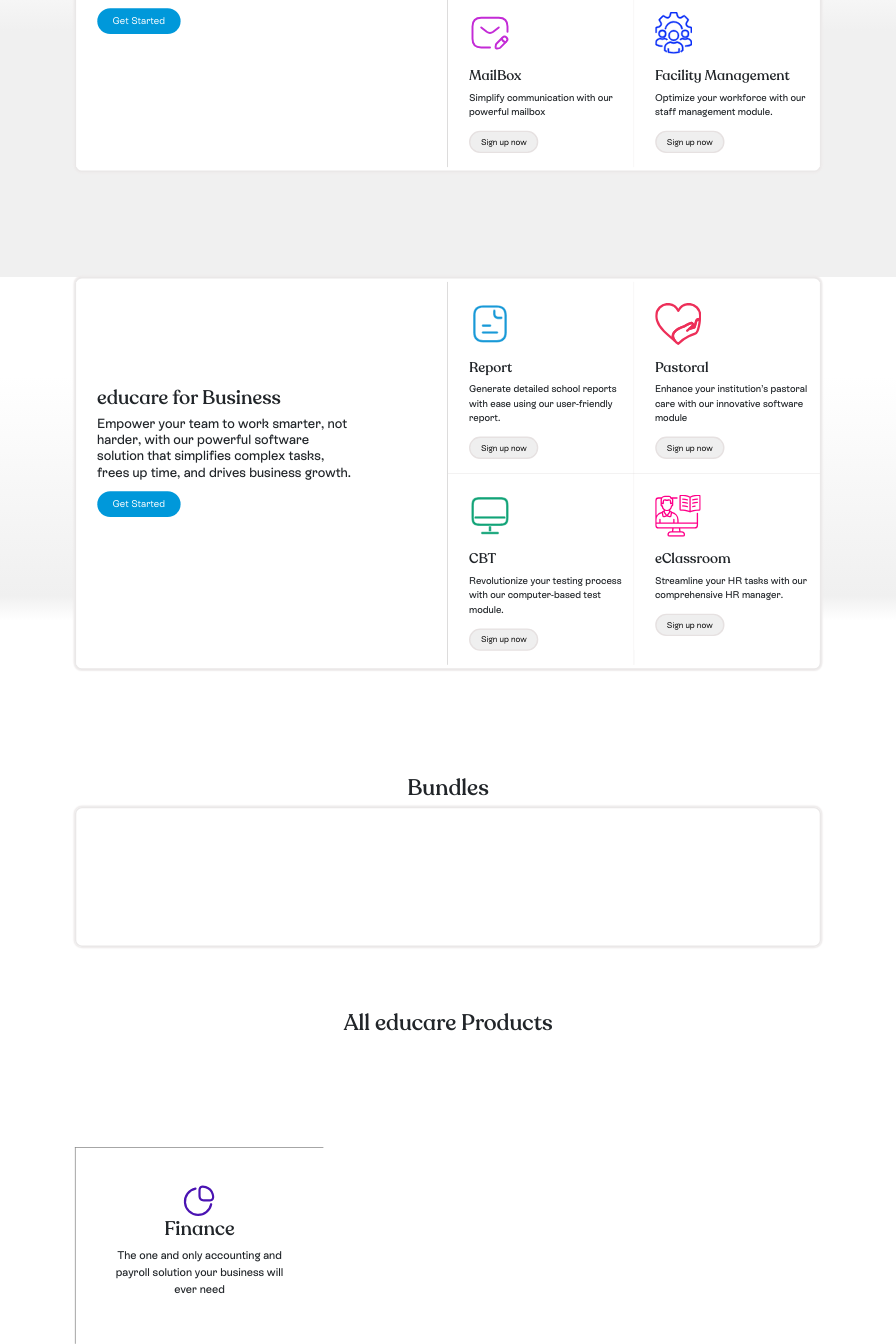
Repository: sarahnnanyelugo/educare-web
Page: /
The author's editor kept a copy of each file at every save. The page is drawn from the files as they stood at one save, then again after the next save.
The browser window is 1280 px wide. The pictures show the part of the page from y = 1494 to 3414 px (the page is 3414 px tall), at 70% of full size.
The project was rebuilt for these pictures with package versions that can differ from the ones it lists, and the page was loaded fresh each time.

Above is the page before, as saved 2023-04-05 10:16:19.

After the next save:
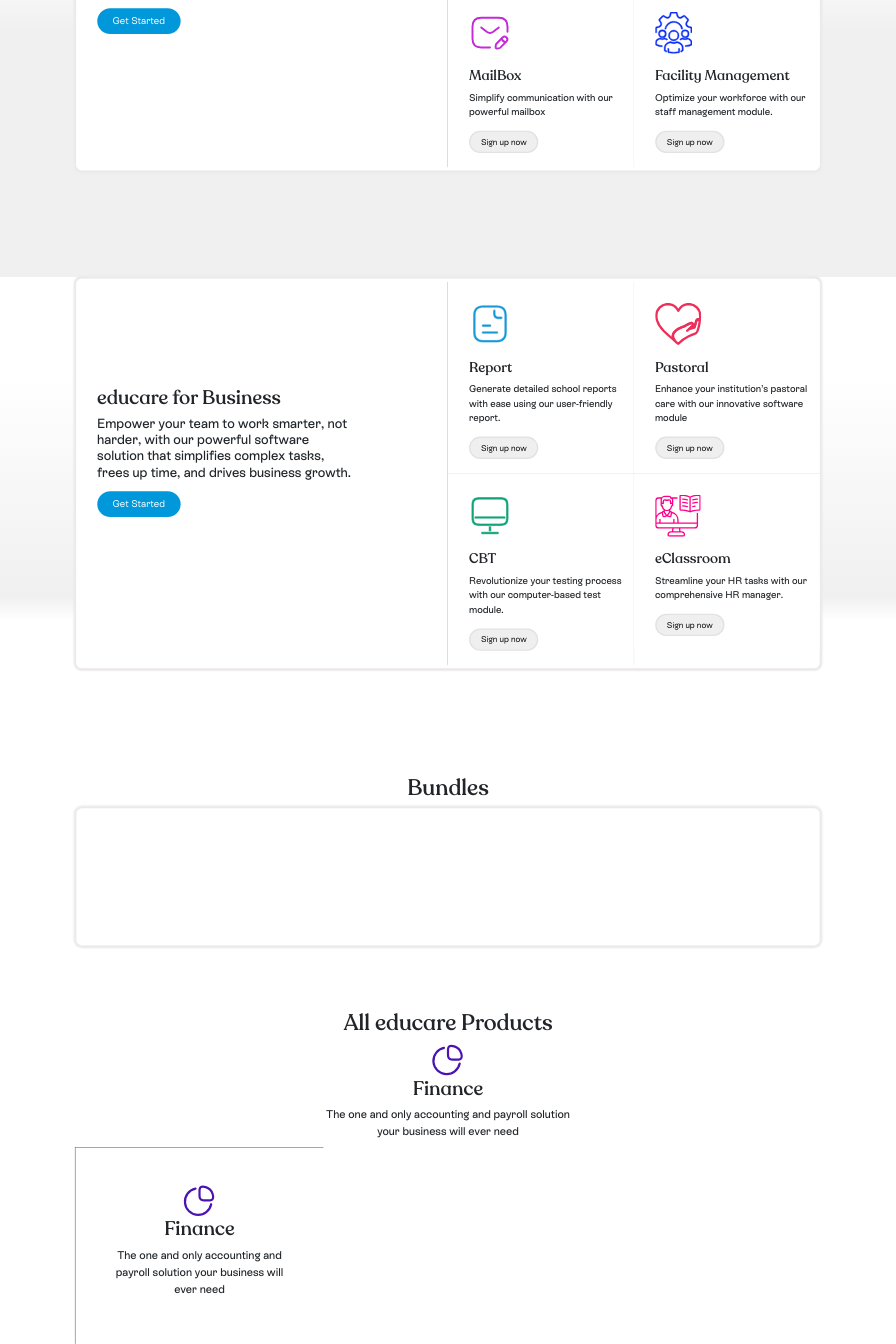
Saved 38 s later.
--- a/src/pages/Home/Home.tsx
+++ b/src/pages/Home/Home.tsx
@@ -191,6 +191,13 @@
               productDetail="The one and only accounting and payroll solution your business will ever need"
               productIcon={HalfCircle}
             />
+          </div>{" "}
+          <div className="col-md-4 second-product-column">
+            <EducareProducts
+              productName="Finance"
+              productDetail="The one and only accounting and payroll solution your business will ever need"
+              productIcon={HalfCircle}
+            />
           </div>
         </div>
       </div>
